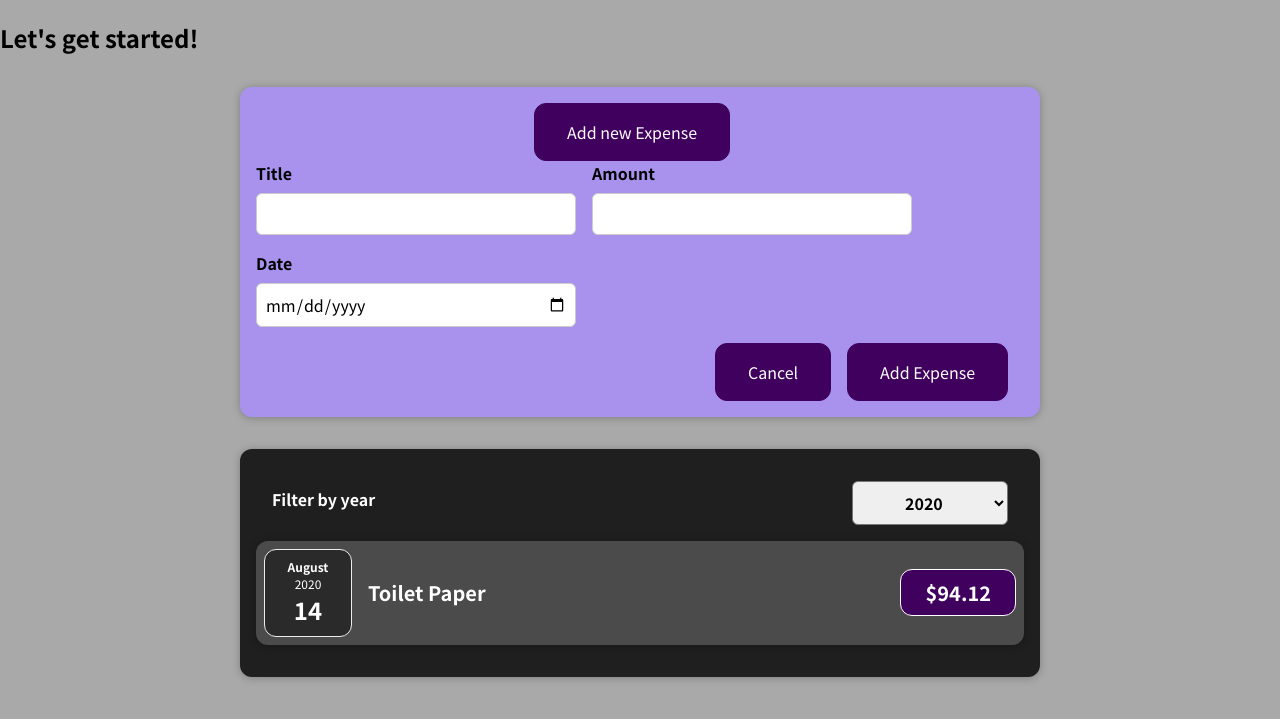
Repository: otvertka/MSC
Page: /
The author's editor kept a copy of each file at every save. The page is drawn from the files as they stood at one save, then again after the next save.
The browser window is 1280 px wide. The pictures show the whole page.
The project was rebuilt for these pictures with package versions that can differ from the ones it lists, and the page was loaded fresh each time.

Above is the page before, as saved 2023-07-01 10:45:03.

After the next save:
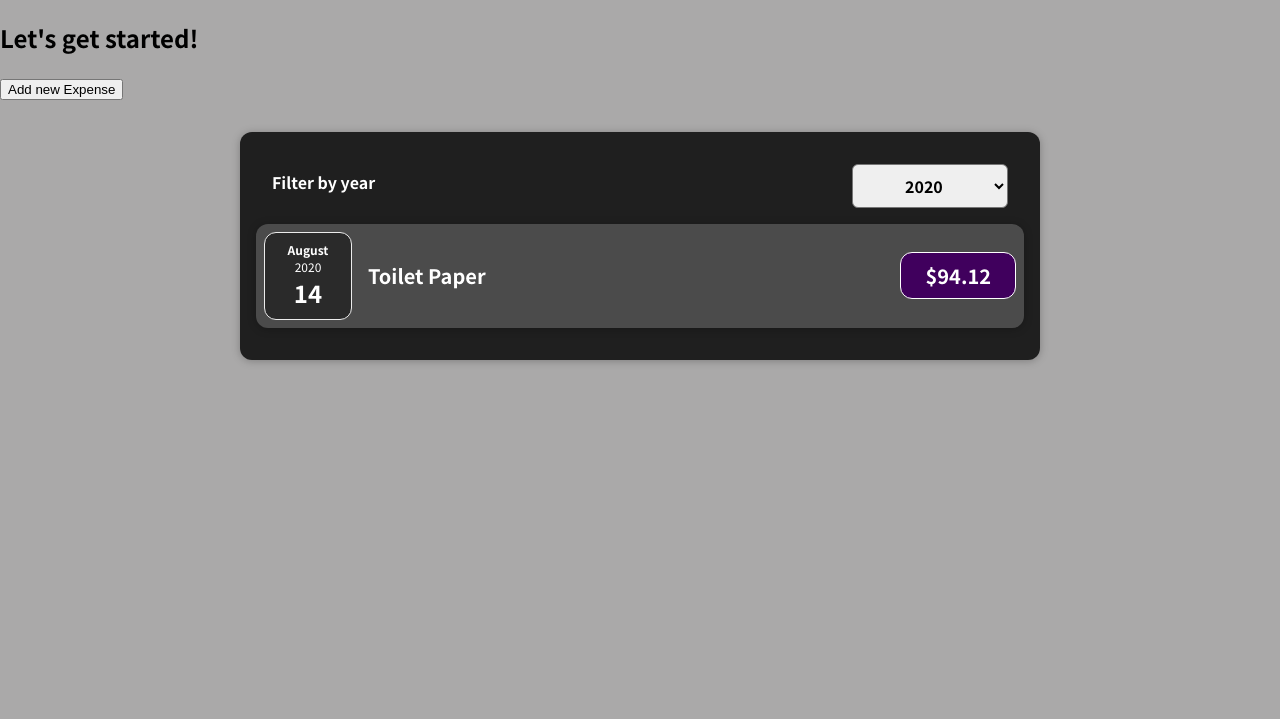
Saved 10 min 17 s later.
--- a/src/components/NewExpense/NewExpense.js
+++ b/src/components/NewExpense/NewExpense.js
@@ -3,7 +3,19 @@ import ExpenseForm from "./ExpenseForm";
 import "./NewExpense.css";
 
 const NewExpense = (props) => {
-  const [show, setShow] = useState(false);
+  const [isVisible, setIsVisible] = useState(false);
+
+  const toggleVisibility = () => {
+    setIsVisible(!isVisible);
+  };
+
+  if (isVisible === false) {
+    return (
+      <div>
+        <button>Add new Expense</button>
+      </div>
+    );
+  }
 
   const saveExpenseDataHandler = (enteredExpenseData) => {
     const expenseData = {
@@ -15,9 +27,6 @@ const NewExpense = (props) => {
 
   return (
     <div className="new-expense">
-      <div>
-        <button>Add new Expense</button>
-      </div>
       <ExpenseForm onSaveExpenseData={saveExpenseDataHandler} />
     </div>
   );
